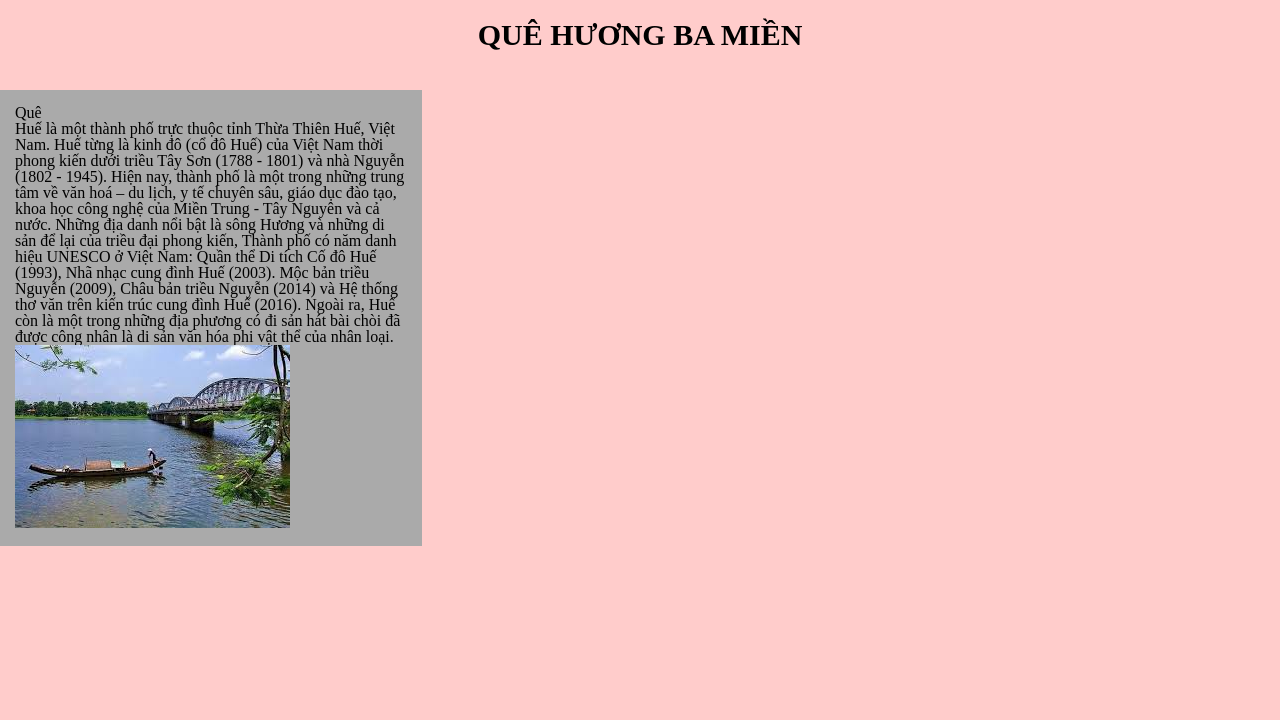
Repository: Tan-Khang21/TH_TKW--Buoi_06
Page: Bai_Tap_Tren_lop/Bai_02/LayoutCSS2.html
An editor plug-in stored every save of this project. The page is shown before and after the next save, followed by the edit.
The browser window is 1280 px wide. The pictures show the whole page.

Above is the page before, as saved 2024-03-11 20:17:39.

After the next save:
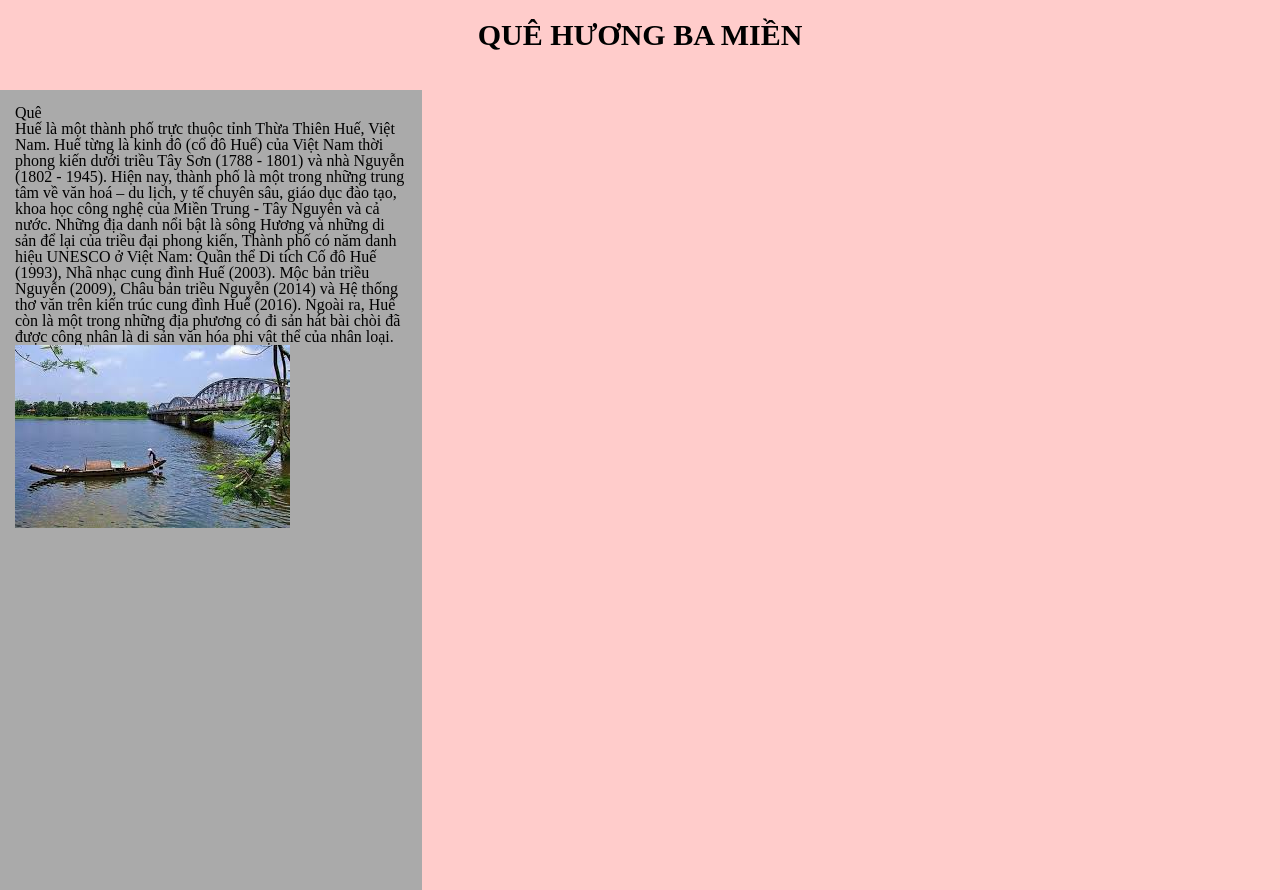
Saved 8 s later.
--- a/Bai_Tap_Tren_lop/Bai_02/style.css
+++ b/Bai_Tap_Tren_lop/Bai_02/style.css
@@ -14,7 +14,7 @@ body {
 }
 .item {
   width: 33%;
-  height: 1000%;
+  height: 800px;
   padding: 15px;
   background-color: #aaaaaa;
 }

After the 2 saves that followed:
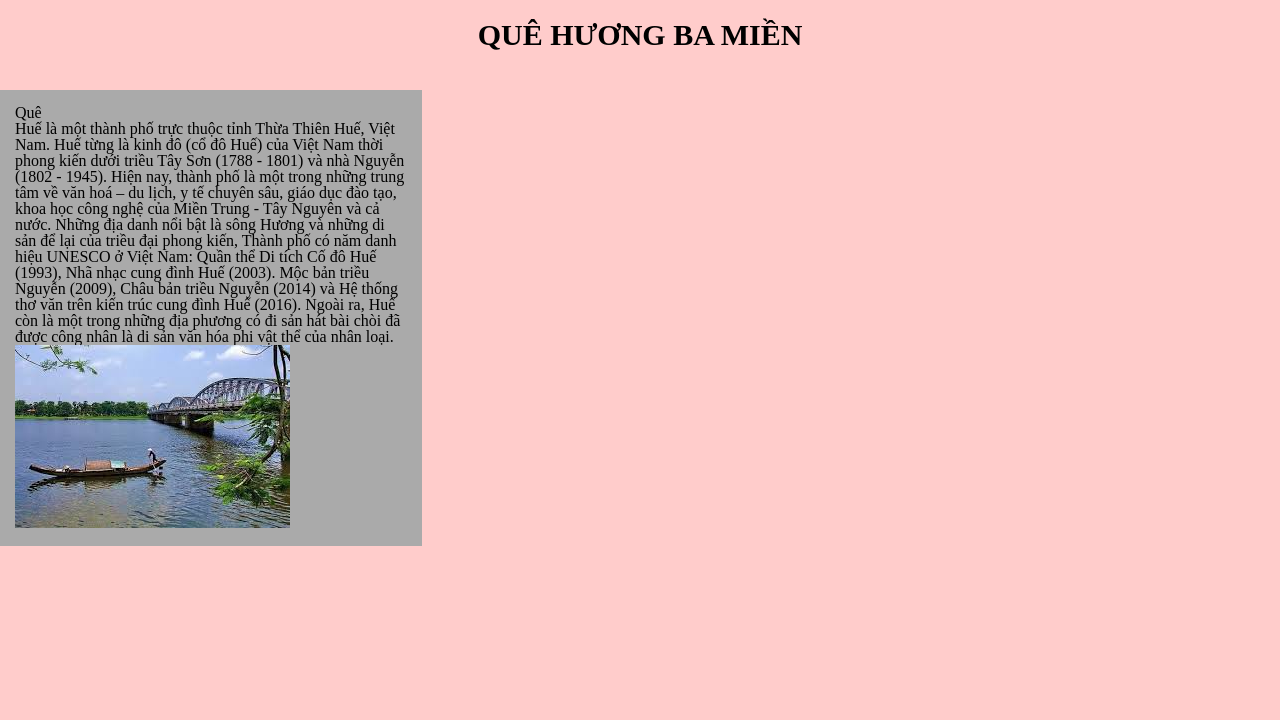
The 2 saves are shown as one change because 1 left the picture as it was.
The last was saved 17 s later.
--- a/Bai_Tap_Tren_lop/Bai_02/style.css
+++ b/Bai_Tap_Tren_lop/Bai_02/style.css
@@ -3,6 +3,7 @@
 }
 body {
   width: 100%;
+  height: 100%;
   background-color: #ffcccb;
 }
 .title {
@@ -14,7 +15,7 @@ body {
 }
 .item {
   width: 33%;
-  height: 800px;
+  height: 70%;
   padding: 15px;
   background-color: #aaaaaa;
 }
